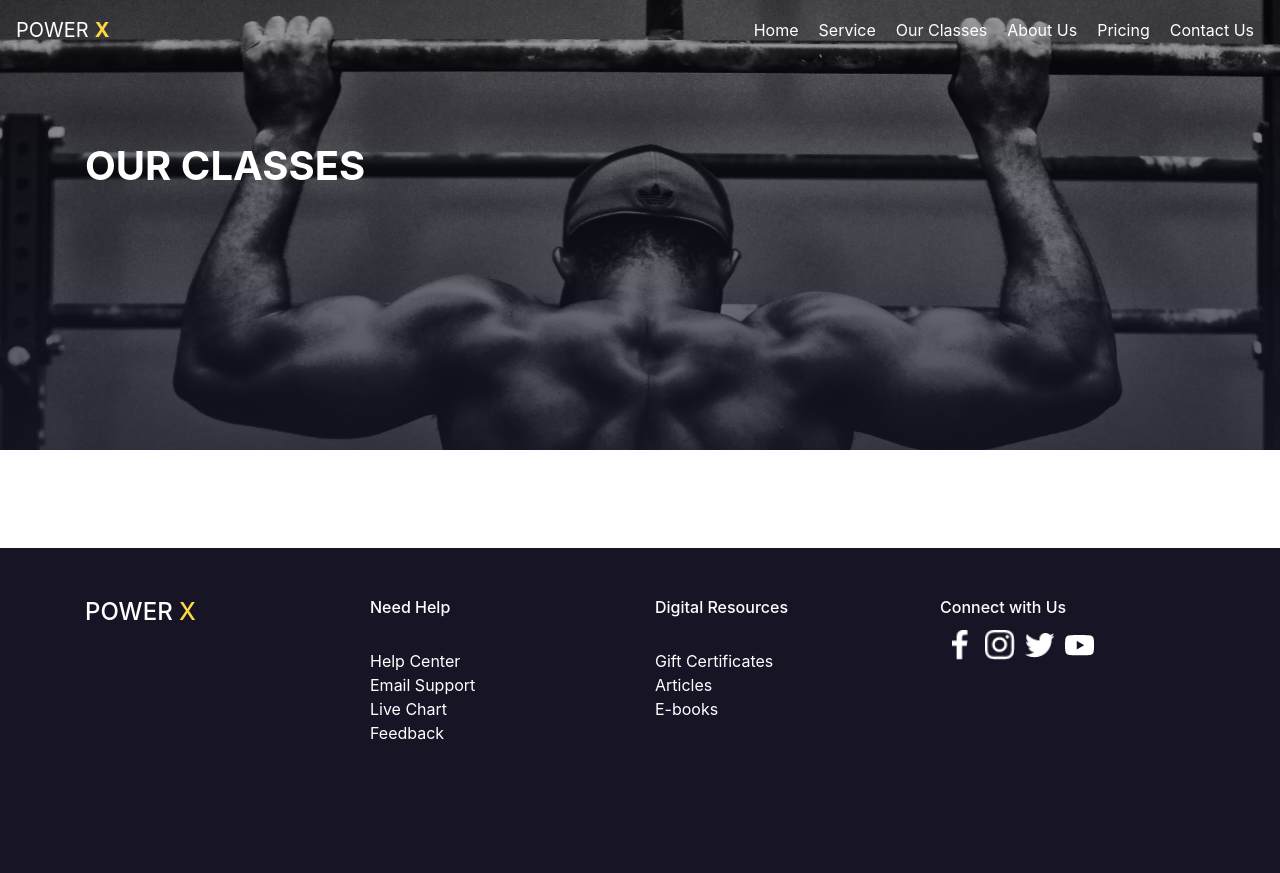
Repository: arif286/power-x-gym
Page: /classes
An editor plug-in stored every save of this project. The page is shown before and after the next save, followed by the edit.
The browser window is 1280 px wide. The pictures show the whole page.
The page's requests for data from a server got no answer. The project was rebuilt for these pictures with package versions that can differ from the ones it lists, and the page was loaded fresh each time. No one was signed in, and anything a server would have sent is missing. Also part of the build but not shown: src/components/ClassDetails/ClassDetails.css, src/components/About/About.js, src/components/ChooseUs/ChooseUs.js, src/components/Programs/Programs.css, src/components/Programs/Programs.js, src/components/WorkOut/WorkOut.css, src/components/WorkOut/WorkOut.js, src/components/Home/Home.js and 3 more.

Above is the page before, as saved 2021-04-09 04:02:21.

After the next save:
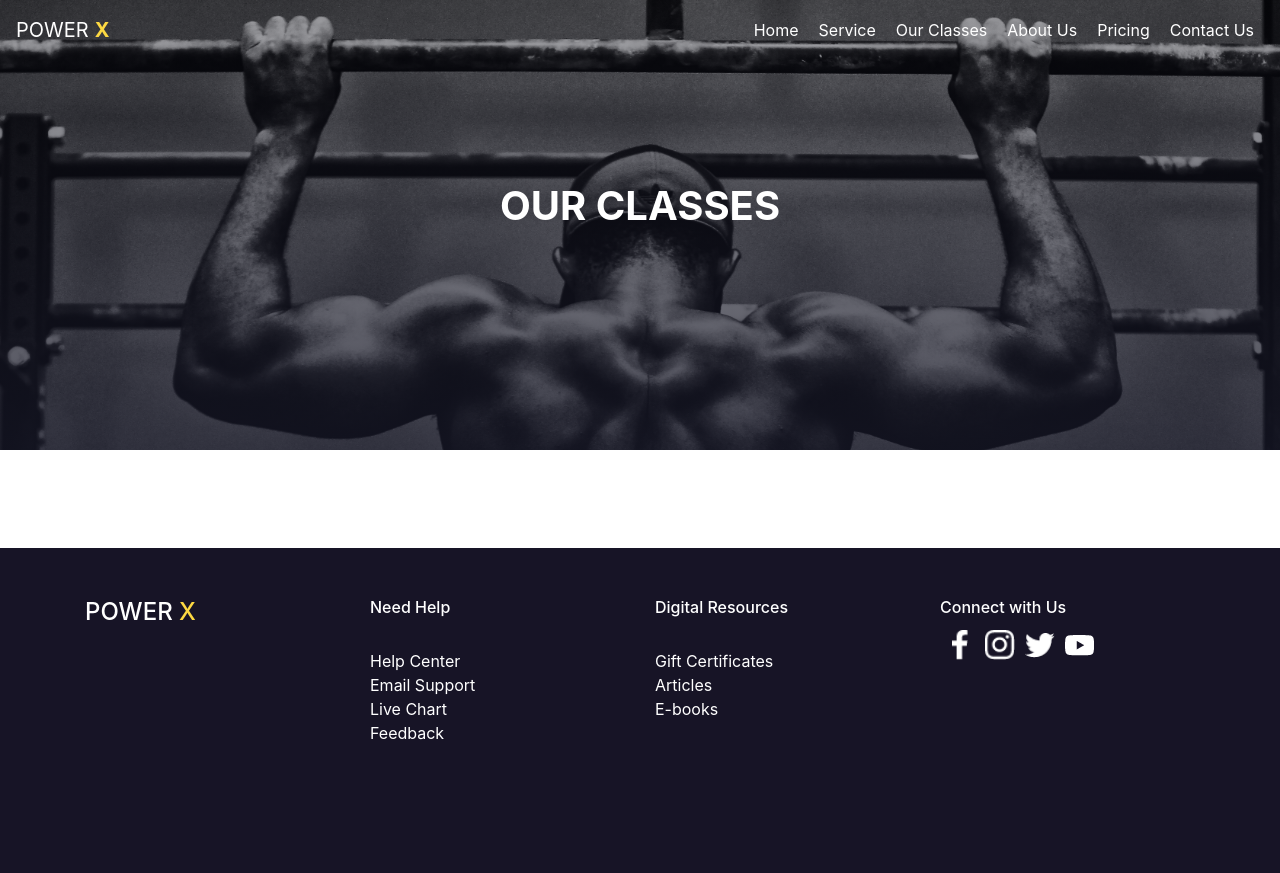
Saved 68 s later.
--- a/src/components/Header/Header.css
+++ b/src/components/Header/Header.css
@@ -39,8 +39,8 @@
   text-align: center;
 }
 .header-container {
-  min-height: 220px;
+  min-height: 300px;
   display: flex;
-  justify-items: center;
+  justify-content: center;
   align-items: center;
 }
